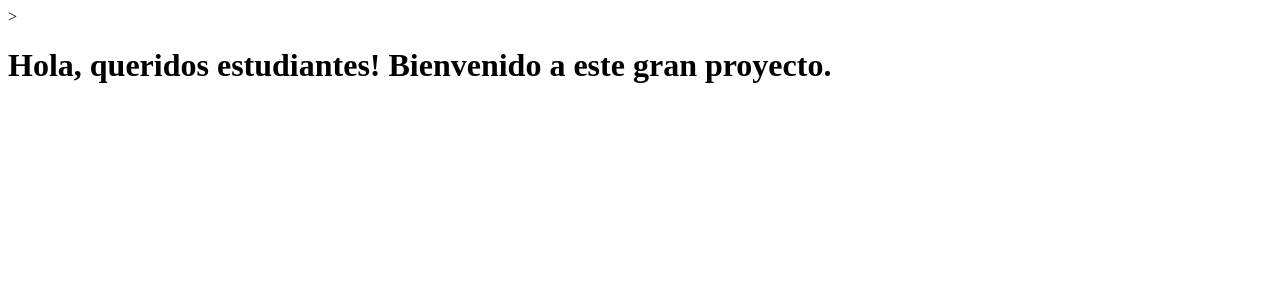
Repository: WDRB1495/MyNewWeb
Page: web.html
These files come from the project's save history. The page is drawn as it stood at one moment and after the next save; the edit follows.
The browser window is 1280 px wide. The pictures show the whole page.

Above is the page before, as saved 2024-04-20 21:36:57.

### web.html
<!DOCTYPE html>
<html>
    ><head>
        <title> MyWeb </title>
    </head>
    <body>
        <div>
            <h1>
                Hola, queridos estudiantes! Bienvenido a este gran proyecto.
            </h1>
        </div>
    </body>
</html>

After the next save:
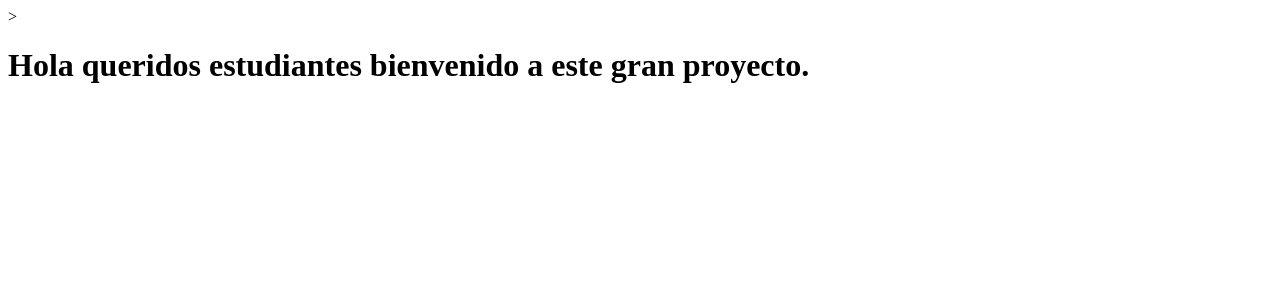
Saved 3 min 13 s later.
--- a/web.html
+++ b/web.html
@@ -6,7 +6,7 @@
     <body>
         <div>
             <h1>
-                Hola, queridos estudiantes! Bienvenido a este gran proyecto.
+                Hola queridos estudiantes bienvenido a este gran proyecto.
             </h1>
         </div>
     </body>
